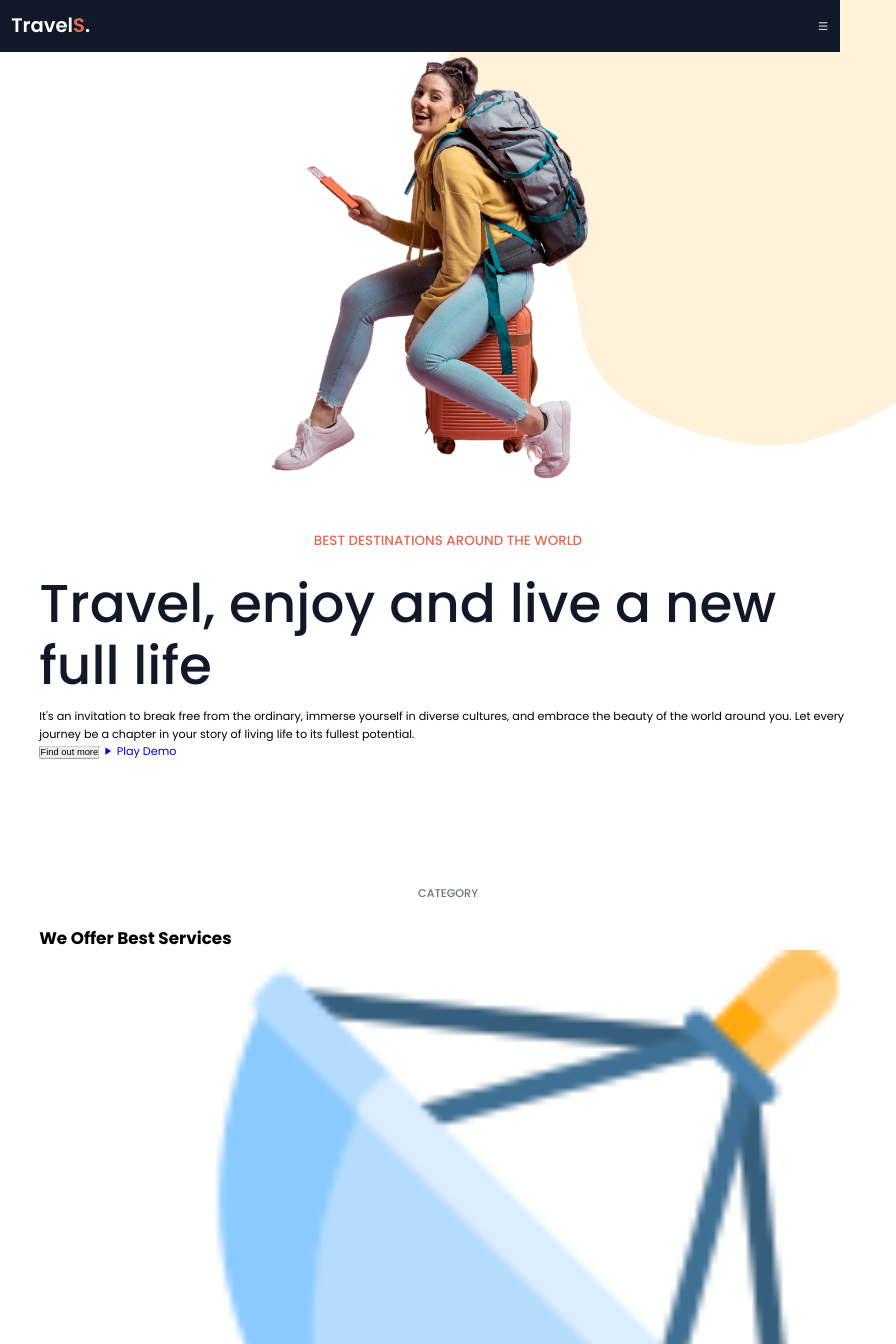
Repository: ntandomagana/travel-website
Page: index.html
The author's editor kept a copy of each file at every save. The page is drawn from the files as they stood at one save, then again after the next save.
The browser window is 1280 px wide. The pictures show the part of the page from y = 0 to 1920 px (the page is 11208 px tall), at 70% of full size.

Above is the page before, as saved 2024-05-07 09:33:34.

After the next save:
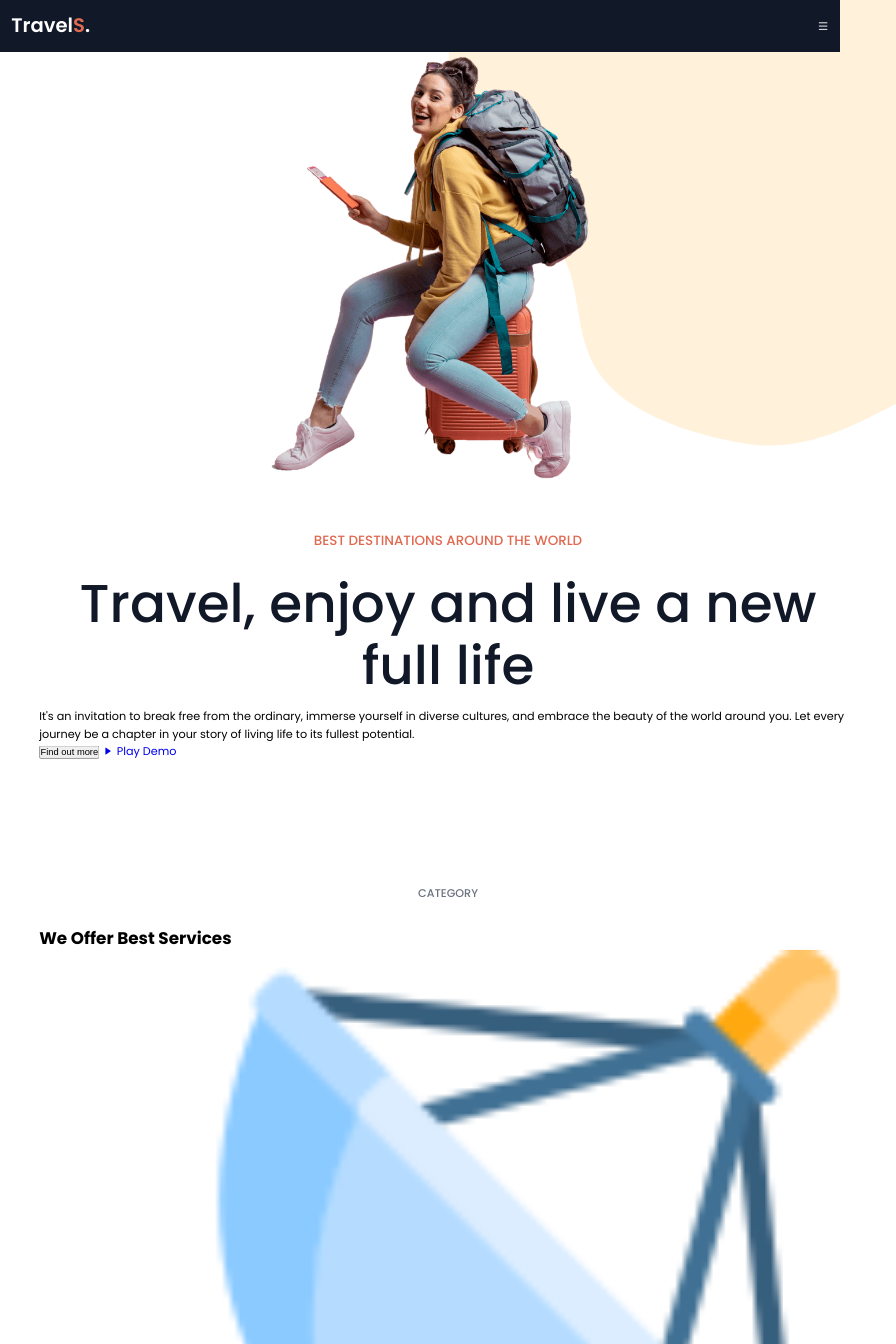
Saved 13 s later.
--- a/style.css
+++ b/style.css
@@ -148,5 +148,6 @@ ul {
     font-size: 4.75rem;
     font-weight: 500;
     line-height: 5.5rem;
-    color: var(--text-dark)
+    color: var(--text-dark);
+    text-align: center;
 }
